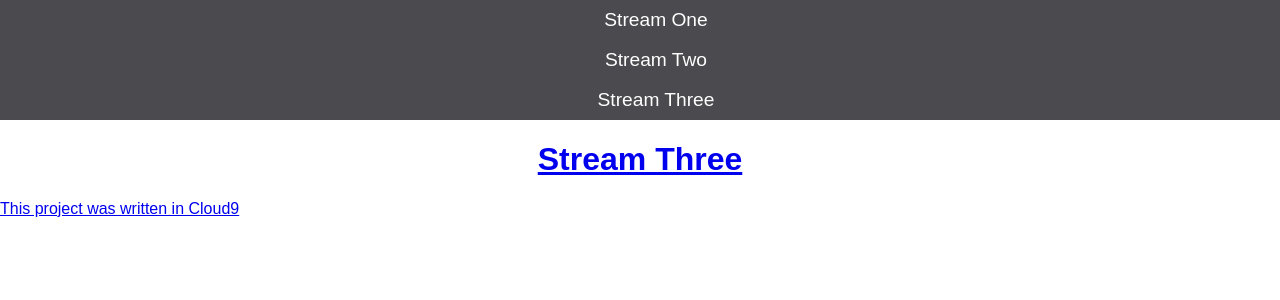
Repository: ElaineArchbold/my-first-website
Page: stream-three.html
The author's editor kept a record of every edit. The page is drawn from the files as they stood at one moment, then again after the next edit.
The browser window is 1280 px wide. The pictures show the whole page.

Above is the page before.

After the next edit:
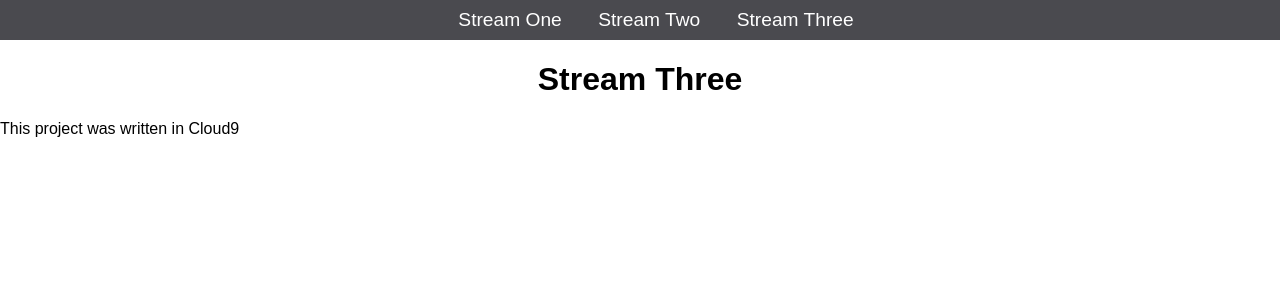
The edit:
--- a/stream-three.html
+++ b/stream-three.html
@@ -7,9 +7,9 @@
     <body>
        <nav>
            <ul>
-               <li><a href="stream-one.html">Stream One</li>
-               <li><a href="stream-two.html">Stream Two</li>
-                <li><a href="stream-three.html">Stream Three</li>
+               <li><a href="stream-one.html">Stream One</a></li>
+               <li><a href="stream-two.html">Stream Two</a></li>
+                <li><a href="stream-three.html">Stream Three</a></li>
 
            </ul>
 
